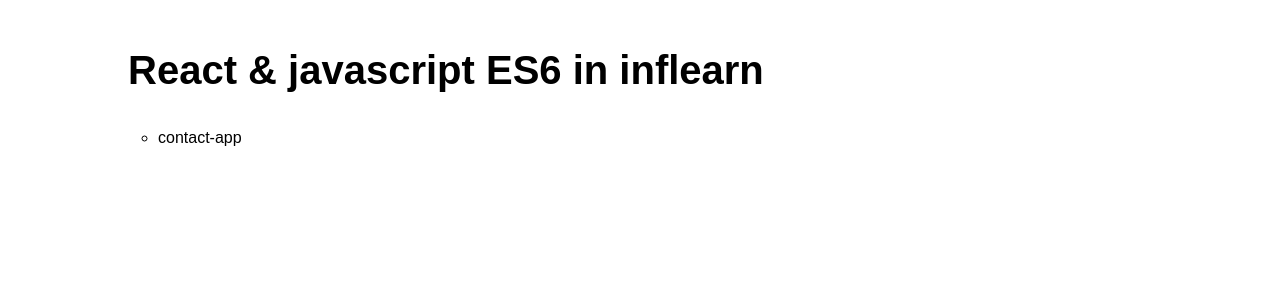
Repository: Hjinyyyy/react_beginner
Page: index.html
These files come from the project's save history. The page is drawn as it stood at one moment and after the next save; the edit follows.
The browser window is 1280 px wide. The pictures show the whole page.

Above is the page before, as saved 2021-10-26 14:30:53.

After the next save:
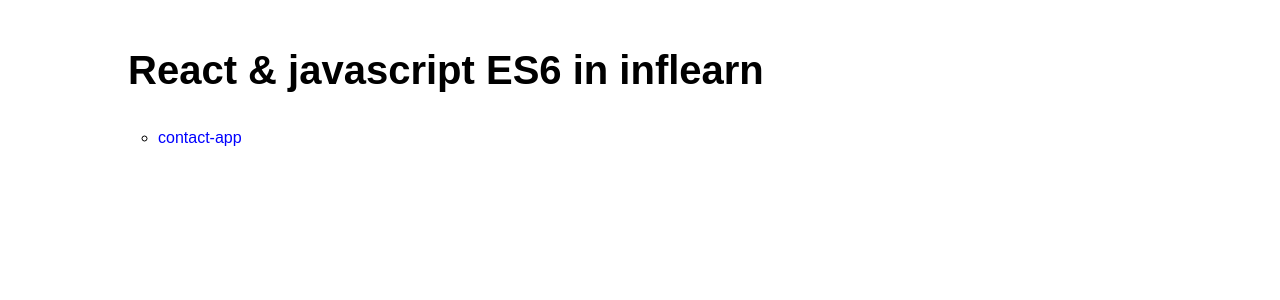
Saved 25 s later.
--- a/css/default.css
+++ b/css/default.css
@@ -3,3 +3,4 @@
 .wrap ul { margin: 40px 0 0; }
 .wrap li { list-style: circle; margin: 20px 0 0 30px; }
 .wrap li:first-child { margin: 0 0 0 30px; }
+.wrap li a { color: blue; }
